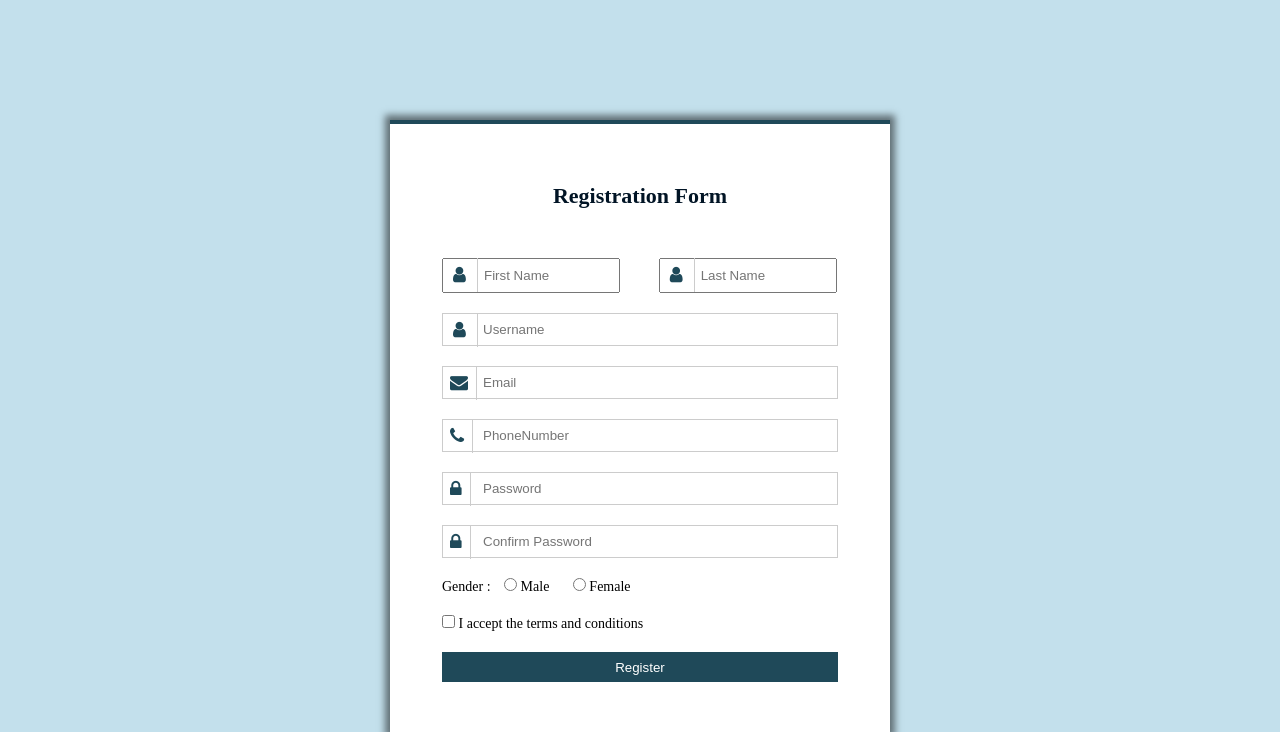
Repository: sampanna17/javabackup
Page: http://localhost/EvoX_CW/pages/register.jsp
These files come from the project's save history. The page is drawn as it stood at one moment and after the next save; the edit follows.
The browser window is 1280 px wide. The pictures show the whole page.
The page is served by Tomcat 9. Other server files are loaded and not shown.

Above is the page before, as saved 2024-05-05 11:42:31.

### EvoX_CW/src/main/webapp/pages/register.jsp
<%@page import="utils.StringUtils"%>
<%@ page language="java" contentType="text/html; charset=ISO-8859-1"
	pageEncoding="ISO-8859-1"%>

<%
String contextPath = request.getContextPath();
%>
<!DOCTYPE html>
<html lang="en">
<head>
    <meta charset="UTF-8">
    <meta name="viewport" content="width=device-width, initial-scale=1.0">
    <title>Registration Form</title>
    <link rel="stylesheet" type="text/css" href="../stylesheets/register.css"/>
    <link rel="stylesheet" href="https://cdnjs.cloudflare.com/ajax/libs/font-awesome/4.7.0/css/font-awesome.min.css">
</head>

<body>
    <div class="container">

    	<%-- Display error message --%>
		<%
		String errorMessage = (String) request.getAttribute(StringUtils.MESSAGE_ERROR);
		if(errorMessage != null && !errorMessage.isEmpty()){
		%>
		<p class= "error-message"><%=errorMessage%></p>
		<%
		}
		%>

        <h1>Registration Form</h1>
        <div class="form-container">
        <form action="<%=contextPath%>/registerstudent" method="post">

               <div class="input-name">
                    <i class="fa fa-user lock"></i>
                    <input type="text" placeholder="First Name" class="name">

                    <span>
                        <i class="fa fa-user lock"></i>
                        <input type="text" placeholder="Last Name" class="name">
                    </span>

                </div>
                <div class="input-name">
                    <i class="fa fa-user lock"></i>
                    <input type="text" placeholder="Username" class="text-name">
                </div>

                <div class="input-name">
                    <i class="fa fa-envelope email"></i>
                    <input type="email" placeholder="Email" class="text-name">
                </div>
                <div class="input-name">
                    <i class="fa fa-phone"></i>
                    <input type="text" placeholder="PhoneNumber" class="text-name">
                </div>
                <div class="input-name">
                    <i class="fa fa-lock"></i>
                    <input type="password" placeholder="Password" class="text-name">
                </div>
                <div class="input-name">
                    <i class="fa fa-lock"></i>
                    <input type="password" placeholder="Confirm Password" class="text-name">
                </div>
                <div class="input-name">
                    <p style="display: inline-block; margin-right: 10px;">Gender :</p>
                    <input type="radio" class="radio" name="r1" style="display: inline-block;">
                    <label style="margin-right: 20px; display: inline-block;">Male</label>

                    <input type="radio" class="radio1" name="r1" style="display: inline-block;">
                    <label style="display: inline-block;">Female</label>
                </div>

                <div class="input-name">
                    <input type="checkbox" class="check-button">
                    <label> I accept the terms and conditions</label>
                </div>
                <div class="input-name">
                    <input type="submit" class="button" value="Register">
                </div>

        </form>
            <%
			String errMsg = (String) request.getAttribute(StringUtils.MESSAGE_ERROR);
			String successMsg = (String) request.getAttribute(StringUtils.MESSAGE_SUCCESS);

			if (errMsg != null) {
			// print
			%>
			<h4 class="error-msg">
				<%
				out.println(errMsg);
				%>
			</h4>
			<%
			}

			if (successMsg != null) {
			// print
			%>
			<h4 class="success-msg">
				<%
				out.println(successMsg);
				%>
			</h4>
			<%
			}
			%>
        </div>
    </div>
</body>

</html>

### EvoX_CW/src/main/webapp/stylesheets/register.css
@charset "ISO-8859-1";

*
{
    margin:0;
    padding:0;
    box-sizing: border-box;
}
body{
    font-size: 14px;
    background-color:#c3e0ec;
}
.container{
    background-color: white;
    width:500px;
    padding: 30px;
    margin:120px auto 0;
    border-top: 4px solid#1F4959;
    box-shadow: 0 0 7px 5px rgba(0, 0, 0, 0.5);
}
.container h1{
    font-size: 22px;
    line-height: 24px;
    padding:30px;
    text-align: center;
    color:#011425

}
.input-name
{
    width:90%;
    position: relative;
    margin: 20px auto;
}

.lock{
    padding:8px 11px;
}

.name{
    width: 45%;
    padding:8px 0 8px 40px ;
}

.input-name span{
    margin-left: 35px;

}
.text-name{
    width:100%;
    padding:8px 0 8px 40px ;
}

.input-name i
{
    position: absolute;
    font-size: 18px;
    color:#1f4959;
    border-right: 1px solid #cccccc;

}
.email{
    padding:8px;
}
.input-name i.fa-lock{
    padding: 8px;
}
.input-name i.fa-phone{
    padding: 8px;
}

.text-name,name{
    border: 1px solid #cccccc;
    outline: none;
}
r1{
    margin-right: 4px ;
}

.button{
    background-color:#1f4959;
    color: white;
    height: 30px;
    width:100%;
    border: none;
    outline: none;
    cursor: pointer;

}
.button:hover{
    background-color:#c3e0ec;
}

After the next save:
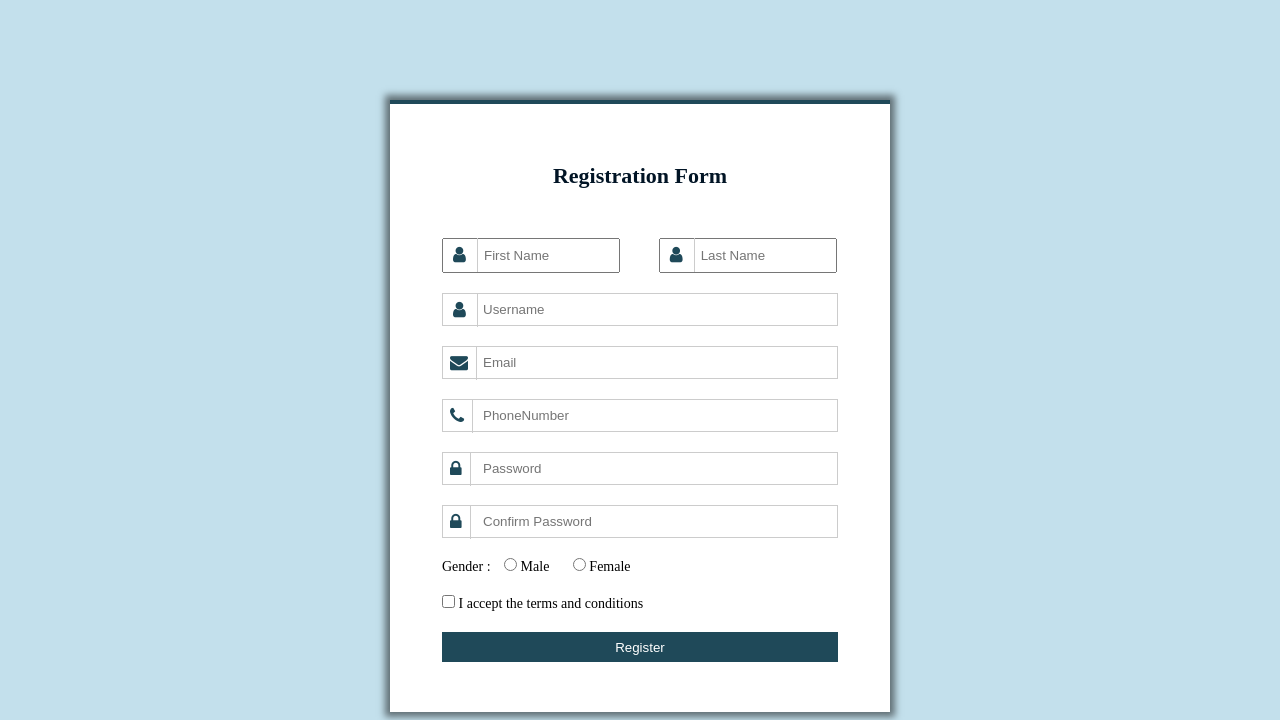
Saved 6 s later.
--- a/EvoX_CW/src/main/webapp/stylesheets/register.css
+++ b/EvoX_CW/src/main/webapp/stylesheets/register.css
@@ -14,7 +14,7 @@ body{
     background-color: white;
     width:500px;
     padding: 30px;
-    margin:120px auto 0;
+    margin:100px auto 0;
     border-top: 4px solid#1F4959;
     box-shadow: 0 0 7px 5px rgba(0, 0, 0, 0.5);
 }
